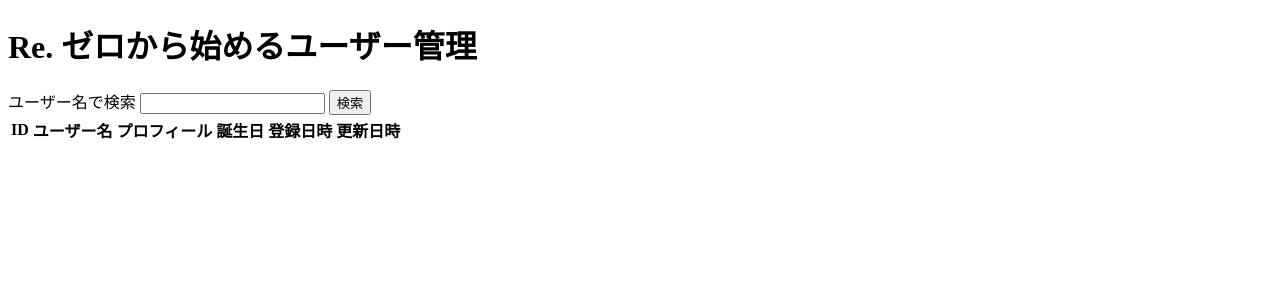
Repository: ShunsukeTanizaki/sqlite_api_lesson
Page: app/public/index.html
These files come from the project's save history. The page is drawn as it stood at one moment and after the next save; the edit follows.
The browser window is 1280 px wide. The pictures show the whole page.
The page's requests for data from a server got no answer.

Above is the page before, as saved 2021-02-06 10:50:08.

After the next save:
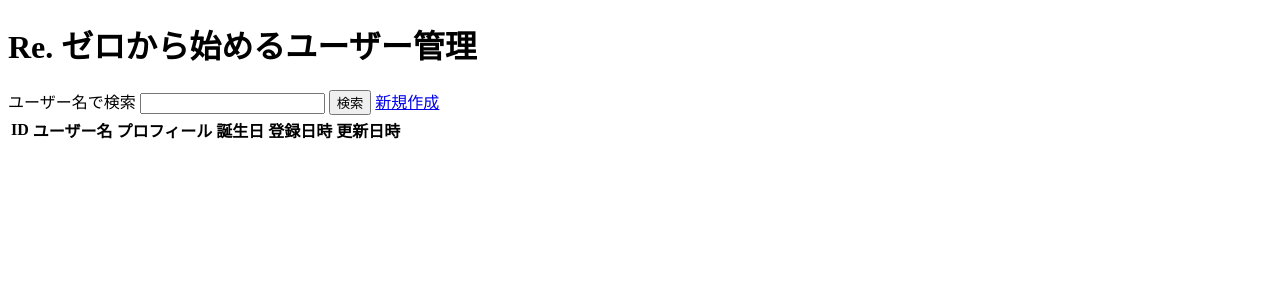
Saved 80 s later.
--- a/app/public/index.html
+++ b/app/public/index.html
@@ -15,6 +15,8 @@
         <label for="search">ユーザー名で検索</label>
         <input type="search" id="search">
         <button id="search-btn">検索</button>
+        <a href="create.html">新規作成</a>
+
         <table>
             <thead>
                 <tr>
